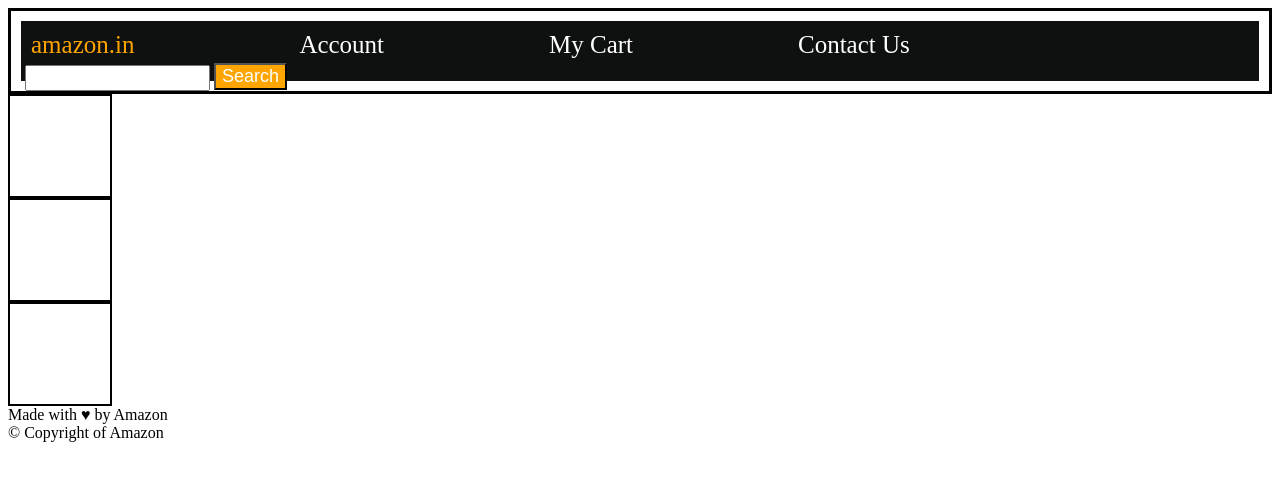
Repository: rakeshkolpepatil/CSS_Apana_College
Page: index.html
An editor plug-in stored every save of this project. The page is shown before and after the next save, followed by the edit.
The browser window is 1280 px wide. The pictures show the whole page.

Above is the page before, as saved 2023-06-23 01:03:54.

### index.html
<!DOCTYPE html>
<html lang="en">
<head>
  <meta charset="UTF-8">
  <meta name="viewport" content="width=device-width, initial-scale=1.0">
  <title>Assignment 4</title>
  <link rel="stylesheet" href="styleFour.css"
</head>
<body>
  <header>
    <div id="div7" style="border: 3px solid black;">
      <div id="div6" >
        <a style="display:inline-block; margin-right: 13%; color: orange; margin-top: 10px; margin-left: 10px; text-decoration: none; ; text-decoration: none; font-size: 25px;" href="https://www.amazon.in" >amazon.in</a>
        <a style="display:inline-block; margin-right: 13%; color: white; margin-top: 10px; text-decoration: none; font-size: 25px;" href="#">Account</a>
        <a style="display:inline-block; margin-right: 13%; color: white; margin-top: 10px; text-decoration: none; font-size: 25px;" href="#">My Cart</a>
        <a style="display:inline-block; margin-right: 13%; color: white; margin-top: 10px; text-decoration: none; font-size: 25px;" href="#">Contact Us</a>
        <div style="display:inline-block;  padding: 4px;">
          <input style="display:inline-block; height: 20px; color: white;"> </input>
          <button style="background-color: orange; color:white; font-size: 18px; "> Search</button>
        </div>
      </div>
    </div>
  </header>
  <div id="content">
    <div class="contentBox"></div>
    <div class="contentBox"></div>
    <div class="contentBox"></div>
  </div>
  <footer>
    Made with &hearts; by Amazon <br>
    &#169; Copyright of Amazon
  </footer>
</body>
</html>

### styleFour.css
.contentBox{
  width: 100px;
  height: 100px;
  border: 2px solid black;
}

#div6{
  height: 60px;
  border: 10px solid white;
  background-color:#0f1111;
}

After the next save:
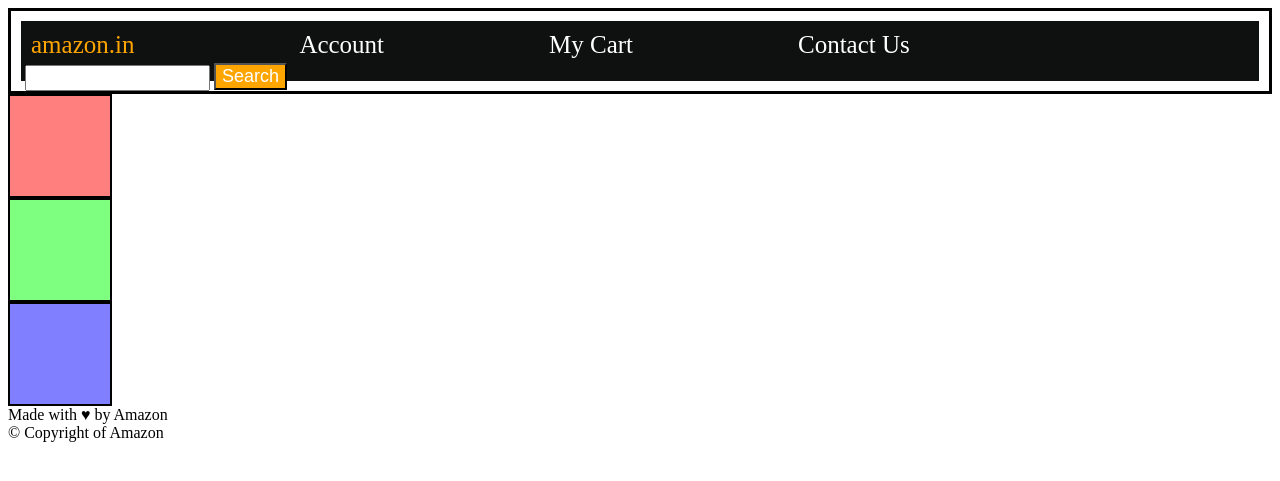
Saved 110 s later.
--- a/index.html
+++ b/index.html
@@ -22,9 +22,9 @@
     </div>
   </header>
   <div id="content">
-    <div class="contentBox"></div>
-    <div class="contentBox"></div>
-    <div class="contentBox"></div>
+    <div class="contentBox" style="background-color: rgba(255,0,0,0.5)"></div>
+    <div class="contentBox" style="background-color: rgba(0,255,0,0.5)"></div>
+    <div class="contentBox" style="background-color: rgba(0,0,255,0.5)"></div>
   </div>
   <footer>
     Made with &hearts; by Amazon <br>
